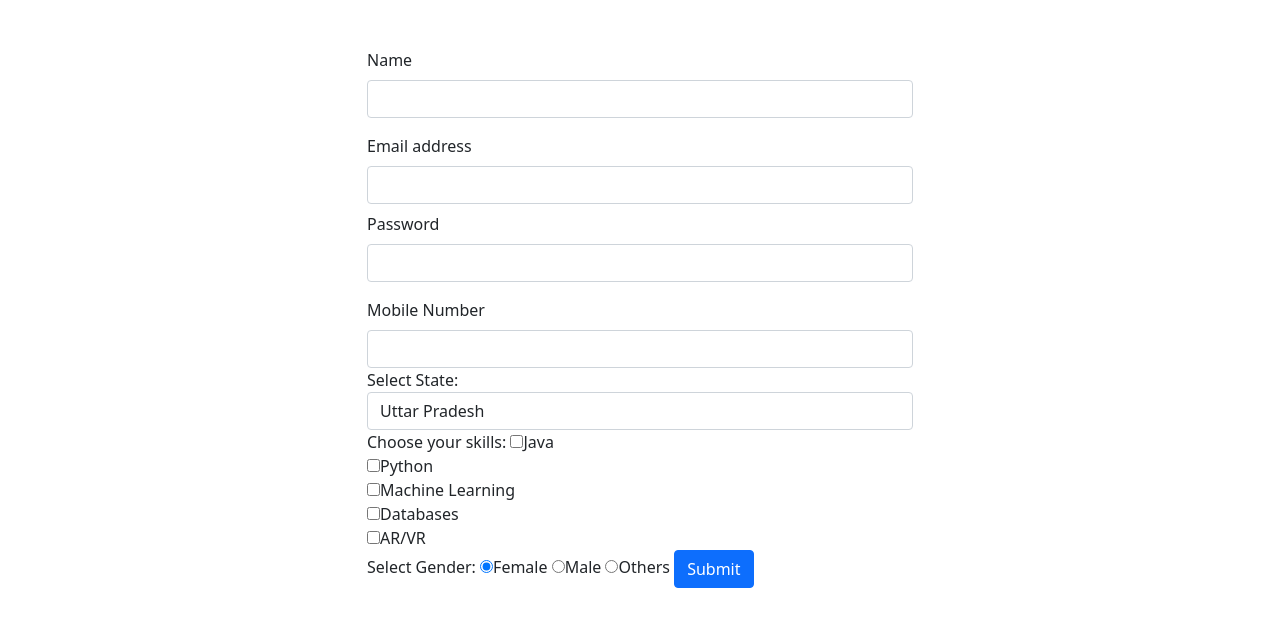
Repository: SimSri-ExtraMarks/FormHandling
Page: formHandling/form.html
These files come from the project's save history. The page is drawn as it stood at one moment and after the next save; the edit follows.
The browser window is 1280 px wide. The pictures show the whole page.

Above is the page before, as saved 2021-06-26 12:48:42.

### formHandling/form.html
<!doctype html>
<html lang="en">
<head>
<meta charset="UTF-8" />
<title>Registration Form</title>
<link
	href="https://cdn.jsdelivr.net/npm/bootstrap@5.0.2/dist/css/bootstrap.min.css"
	rel="stylesheet"
	integrity="sha384-EVSTQN3/azprG1Anm3QDgpJLIm9Nao0Yz1ztcQTwFspd3yD65VohhpuuCOmLASjC"
	crossorigin="anonymous">
</head>
<body>
	<div class="container">
		<div class="row mt-5">
			<div class="col-md-6 offset-md-3">
				<form>
<div class="form-outline mb-3">
<label for="name" class="form-label">Name</label>
  <input type="text" id="name" class="form-control" />

</div>
					<div class="mb-2">
						<label for="exampleInputEmail1" class="form-label">Email
							address</label> <input type="email" class="form-control"
							id="exampleInputEmail1" aria-describedby="emailHelp">
					</div>
					<div class="mb-3">
						<label for="exampleInputPassword1" class="form-label">Password</label>
						<input type="password" class="form-control"
							id="exampleInputPassword1">
					</div>
					<div class="mb-3">
						<label for="exampleInputMobileNumber" class="form-label">Mobile
							Number</label> <input type="mobilenumber" class="form-control"
							id="exampleInputMobileNumber">


						<div class="form-group">
							<label for="exampleInputState">Select State:</label> <select
								class="form-control" id="exampleInputState">
								<option>Uttar Pradesh</option>
								<option>Maharashtra</option>
								<option>Rajasthan</option>
								<option>Kerala</option>
							</select>
						</div>

						<div class="checkbox">
						<label for="exampleInputSkills">Choose your skills:</label>
  <label><input type="checkbox" value="exampleInputSkills">Java</label>
</div>
<div class="checkbox">
  <label><input type="checkbox" value="exampleInputSkills">Python</label>
</div>
<div class="checkbox disabled">
  <label><input type="checkbox" value="exampleInputSkills">Machine Learning</label>

  <div class="checkbox">
  <label><input type="checkbox" value="exampleInputSkills">Databases</label>
</div>
<div class="checkbox disabled">
  <label><input type="checkbox" value="exampleInputSkills">AR/VR</label>
</div>

						<!-- <div id="emailHelp" class="form-text">We'll never share your
							email with anyone else.</div> -->
						<label for="exampleInputGender">Select Gender:</label> <label
							class="radio-inline"><input type="radio"
							name="exampleInputGender" checked>Female</label> <label
							class="radio-inline"><input type="radio"
							name="exampleInputGender">Male</label> <label
							class="radio-inline"><input type="radio"
							name="exampleInputGender">Others</label>


						<button type="submit" class="btn btn-primary">Submit</button>
				</form>



			</div>
		</div>
	</div>
</body>
</html>

After the next save:
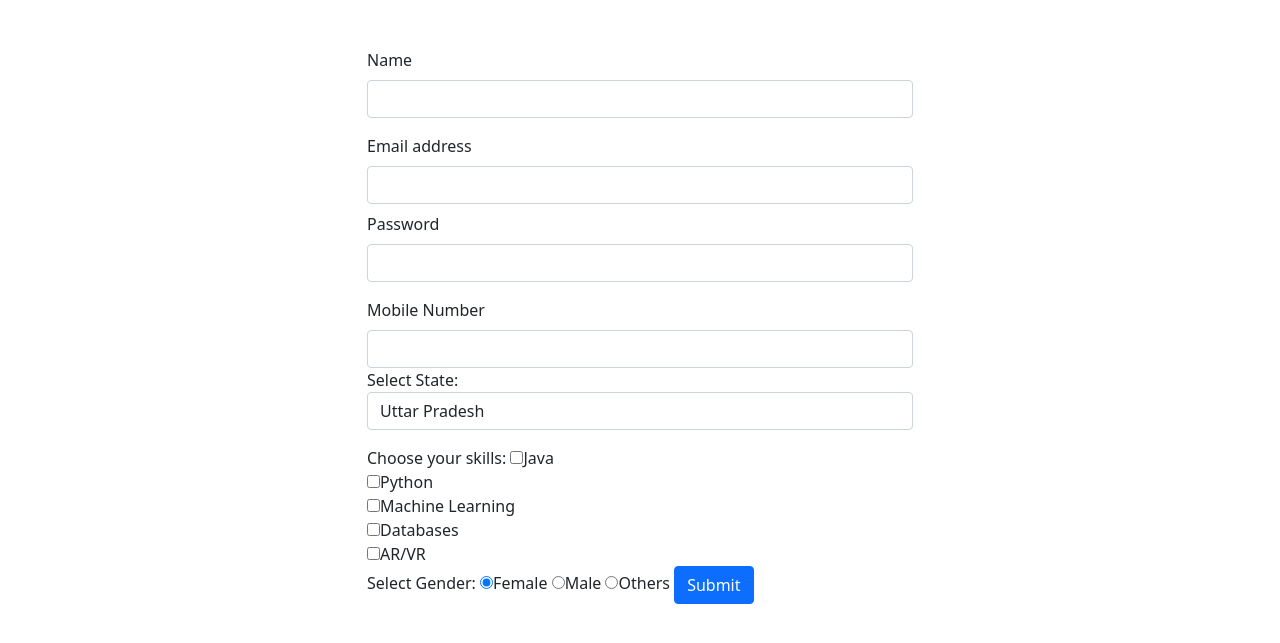
Saved 40 s later.
--- a/formHandling/form.html
+++ b/formHandling/form.html
@@ -35,7 +35,7 @@
 							id="exampleInputMobileNumber">
 
 
-						<div class="form-group">
+						<div class="form-group mb-3">
 							<label for="exampleInputState">Select State:</label> <select
 								class="form-control" id="exampleInputState">
 								<option>Uttar Pradesh</option>
